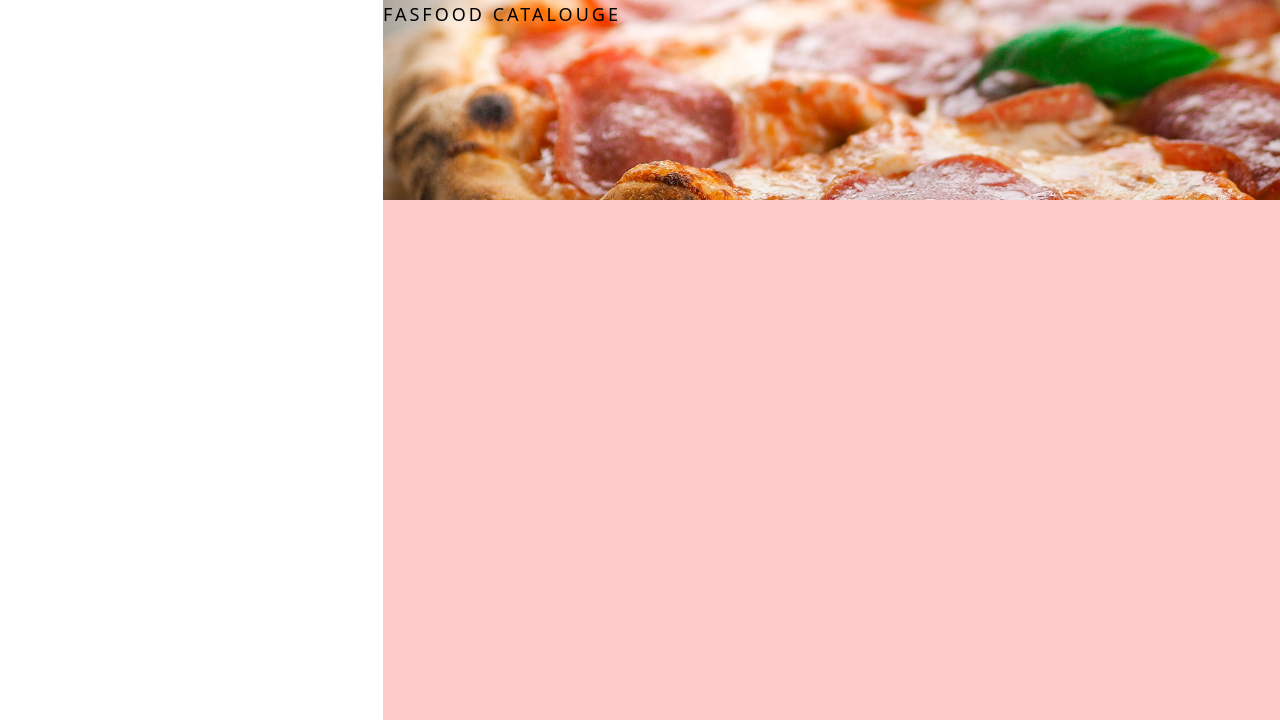
Repository: zahranaserii/FastFoodProject
Page: /
The author's editor kept a copy of each file at every save. The page is drawn from the files as they stood at one save, then again after the next save.
The browser window is 1280 px wide. The pictures show the whole page.
The project was rebuilt for these pictures with package versions that can differ from the ones it lists, and the page was loaded fresh each time.

Above is the page before, as saved 2023-11-17 11:21:45.

### public/index.html
<!DOCTYPE html>
<html lang="fa" dir="rtl">
  <head>
    <meta charset="utf-8" />
    <meta name="viewport" content="width=device-width, initial-scale=1" />
    <meta name="theme-color" content="#000000" />
    <meta
      name="description"
      content="Web site created using create-react-app"
    />
    <link rel="apple-touch-icon" href="%PUBLIC_URL%/logo192.png" />
    <!--
      manifest.json provides metadata used when your web app is installed on a
      user's mobile device or desktop. See https://developers.google.com/web/fundamentals/web-app-manifest/
    -->
    <link rel="manifest" href="%PUBLIC_URL%/manifest.json" />
    <!--
      Notice the use of %PUBLIC_URL% in the tags above.
      It will be replaced with the URL of the `public` folder during the build.
      Only files inside the `public` folder can be referenced from the HTML.

      Unlike "/favicon.ico" or "favicon.ico", "%PUBLIC_URL%/favicon.ico" will
      work correctly both with client-side routing and a non-root public URL.
      Learn how to configure a non-root public URL by running `npm run build`.
    -->
    <title>React App</title>
  </head>
  <body>
    <noscript>You need to enable JavaScript to run this app.</noscript>
    <div id="root"></div>
    <!--
      This HTML file is a template.
      If you open it directly in the browser, you will see an empty page.

      You can add webfonts, meta tags, or analytics to this file.
      The build step will place the bundled scripts into the <body> tag.

      To begin the development, run `npm start` or `yarn start`.
      To create a production bundle, use `npm run build` or `yarn build`.
    -->
  </body>
</html>

### src/App.js
import "./App.css";
import Header from "./Header/Header";

function App() {
  return (
    <div className="bg-red-200 max-w-5xl container">
      <Header />
    </div>
  );
}

export default App;

### src/Header/Header.jsx
import React from "react";
import "./header.css";
const Header = () => {
  return (
    <header className="bg-cover bg-center">
      <div className="container pt-15">
        <h1 className="text-black text-lg text-end uppercase">
          fasfood catalouge
        </h1>
      </div>
    </header>
  );
};

export default Header;

### src/Header/header.css
header {
  height: 200px;
  background: url("../assets/images/PIZZA-COVER.jpg");
  letter-spacing: 3px;
}

Loaded but not shown: src/index.js (common file); src/index.css (common file); src/App.css (common file); tailwind.config.js (common file)

After the next save:
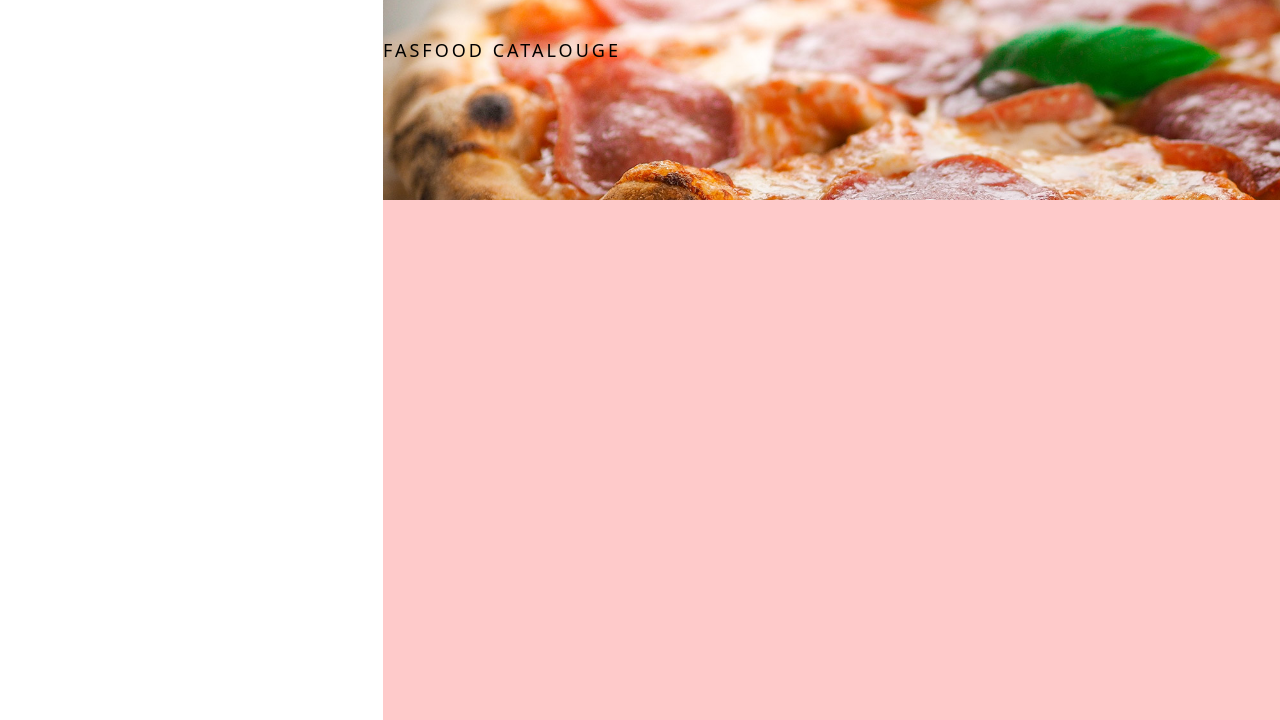
Saved 5 s later.
--- a/src/Header/Header.jsx
+++ b/src/Header/Header.jsx
@@ -3,7 +3,7 @@ import "./header.css";
 const Header = () => {
   return (
     <header className="bg-cover bg-center">
-      <div className="container pt-15">
+      <div className="container pt-9">
         <h1 className="text-black text-lg text-end uppercase">
           fasfood catalouge
         </h1>
